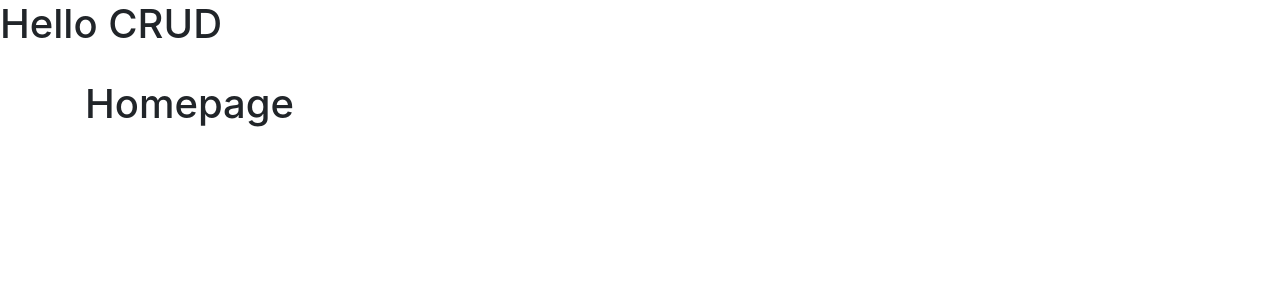
Repository: hardik2626/reactcrud2020
Page: /
These files come from the project's save history. The page is drawn as it stood at one moment and after the next save; the edit follows.
The browser window is 1280 px wide. The pictures show the whole page.
The project was rebuilt for these pictures with package versions that can differ from the ones it lists, and the page was loaded fresh each time. Also part of the build but not shown: src/index.css, src/App.css.

Above is the page before, as saved 2020-10-28 17:37:56.

After the next save:
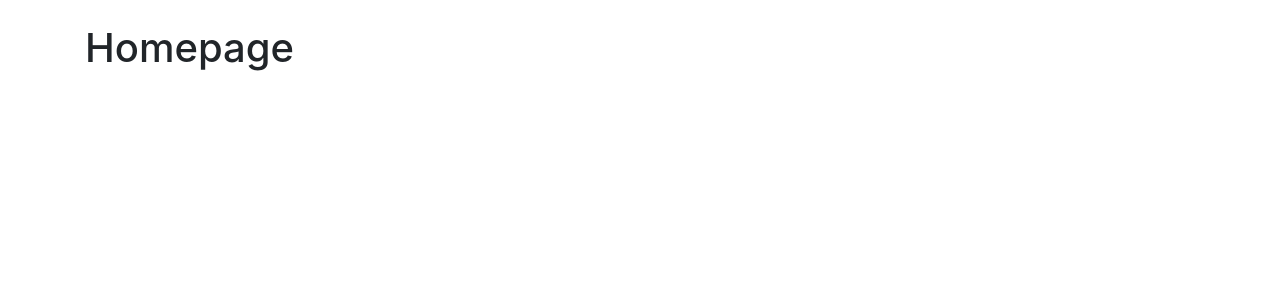
Saved 53 s later.
--- a/src/App.js
+++ b/src/App.js
@@ -6,7 +6,6 @@ import Home from './component/pages/Home';
 function App() {
   return (
     <div className="App">
-      <h1>Hello CRUD</h1>
       <Home />
     </div>
   );
